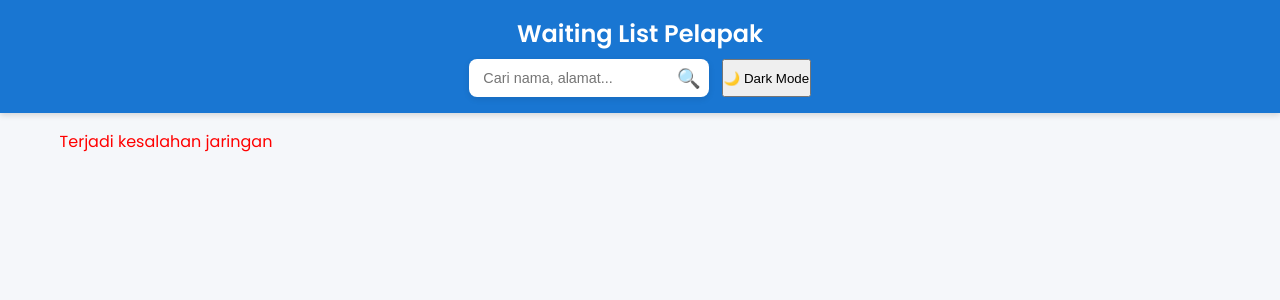
Repository: pasarrakyatbak/WaitingListforPanitia
Page: index.html
An editor plug-in stored every save of this project. The page is shown before and after the next save, followed by the edit.
The browser window is 1280 px wide. The pictures show the whole page.
The page's requests for data from a server got no answer.

Above is the page before, as saved 2025-09-25 15:47:40.

### index.html
<!DOCTYPE html>
<html lang="id">

<head>
    <meta charset="UTF-8">
    <meta name="viewport" content="width=device-width, initial-scale=1.0">
    <title>Waiting List Pelapak</title>
    <link href="https://fonts.googleapis.com/css2?family=Poppins:wght@400;500;600&display=swap" rel="stylesheet">
    <link rel="stylesheet" href="style.css">
</head>

<body>
    <!-- App Bar -->
    <div class="app-bar">
        <h1>Waiting List Pelapak</h1>
        <div class="header-actions">
            <div class="search-container">
                <input type="text" id="searchInput" placeholder="Cari nama, alamat...">
                <button id="searchBtn">🔍</button>
            </div>
            <button id="darkSwitch">🌙 Dark Mode</button>
        </div>
    </div>

    <!-- Loader -->
    <div class="loader hidden" id="loader">
        <div class="spinner"></div>
        <div>Memuat data...</div>
    </div>

    <!-- List Container -->
    <div class="grid" id="listContainer"></div>

    <!-- Pagination -->
    <div class="pagination" id="pagination"></div>

    <!-- Modal -->
    <div class="modal hidden" id="modal">
        <div class="modal-content">
            <div id="modalMessage"></div>
            <div class="modal-actions">
                <button class="btn secondary" id="cancelBtn">Batal</button>
                <button class="btn primary" id="confirmBtn">
                    <span class="btn-text">Ya</span>
                    <span class="btn-spinner hidden"></span>
                </button>
            </div>
        </div>
    </div>

    <!-- Toast -->
    <div class="toast hidden" id="toast">
        <span id="toastMessage"></span>
        <button id="toastClose">✖</button>
    </div>

    <script src="script.js"></script>
</body>

</html>

### style.css
/* Reset & global */
* {
    margin: 0;
    padding: 0;
    box-sizing: border-box;
}

body {
    font-family: "Poppins", sans-serif;
    background: #f5f7fa;
    color: #333;
    display: flex;
    flex-direction: column;
    min-height: 100vh;
    transition: background 0.4s, color 0.4s;
}

/* App Bar */
.app-bar {
    background: #1976d2;
    color: #fff;
    padding: 1rem;
    text-align: center;
    box-shadow: 0 2px 6px rgba(0, 0, 0, 0.15);
    position: sticky;
    top: 0;
    z-index: 10;
}

.app-bar h1 {
    font-size: 1.5rem;
    font-weight: 600;
    margin-bottom: 0.5rem;
}

.header-actions {
    display: flex;
    justify-content: center;
    gap: 0.8rem;
    flex-wrap: wrap;
}

/* Search */
.search-container {
    display: flex;
    align-items: center;
    background: #fff;
    border-radius: 8px;
    padding: 0.3rem 0.5rem;
    box-shadow: 0 2px 6px rgba(0, 0, 0, 0.1);
}

.search-container input {
    border: none;
    outline: none;
    padding: 0.4rem;
    width: 200px;
    font-size: 0.9rem;
}

.search-container button {
    background: transparent;
    border: none;
    cursor: pointer;
    color: #1976d2;
    font-size: 1.2rem;
}

/* Loader */
.loader {
    display: flex;
    flex-direction: column;
    align-items: center;
    margin: 2rem 0;
    gap: 0.8rem;
}

.loader.hidden {
    display: none;
}

.spinner {
    border: 4px solid #eee;
    border-top: 4px solid #1976d2;
    border-radius: 50%;
    width: 36px;
    height: 36px;
    animation: spin 1s linear infinite;
}

@keyframes spin {
    100% {
        transform: rotate(360deg);
    }
}

/* Grid layout */
.grid {
    display: grid;
    gap: 1rem;
    margin: 1rem;
}

@media(min-width: 600px) {
    .grid {
        grid-template-columns: repeat(2, 1fr);
    }
}

@media(min-width: 900px) {
    .grid {
        grid-template-columns: repeat(3, 1fr);
    }
}

@media(min-width: 1200px) {
    .grid {
        grid-template-columns: repeat(4, 1fr);
    }
}

/* Card */
.card {
    background: #fff;
    border-radius: 14px;
    padding: 1rem;
    box-shadow: 0 4px 12px rgba(0, 0, 0, 0.08);
    transition: transform 0.25s, box-shadow 0.25s;
}

.card:hover {
    transform: translateY(-4px);
    box-shadow: 0 8px 20px rgba(0, 0, 0, 0.15);
}

.card.done {
    border-left: 6px solid #2e7d32;
    background: #f1f8f4;
}

.card .title {
    font-size: 1.1rem;
    font-weight: 600;
    margin-bottom: 0.4rem;
}

.card .subtitle {
    font-size: 0.9rem;
    color: #555;
    margin-bottom: 0.3rem;
}

.card .actions {
    margin-top: 0.8rem;
    display: flex;
    gap: 0.5rem;
}

/* Buttons */
.btn {
    padding: 0.5rem 1rem;
    border-radius: 8px;
    cursor: pointer;
    font-size: 0.85rem;
    font-weight: 500;
    border: none;
    display: flex;
    align-items: center;
    gap: 0.3rem;
    transition: 0.3s;
}

.btn.primary {
    background: #2e7d32;
    color: #fff;
}

.btn.primary:hover {
    background: #1b5e20;
}

.btn.secondary {
    background: #757575;
    color: #fff;
}

.btn.secondary:hover {
    background: #616161;
}

.btn.danger {
    background: #d32f2f;
    color: #fff;
}

.btn.danger:hover {
    background: #b71c1c;
}

/* Modal */
.modal {
    position: fixed;
    inset: 0;
    background: rgba(0, 0, 0, 0.45);
    display: flex;
    align-items: center;
    justify-content: center;
    z-index: 1000;
}

.modal.hidden {
    display: none;
}

.modal-content {
    background: #fff;
    padding: 1.5rem;
    border-radius: 12px;
    width: 90%;
    max-width: 360px;
    text-align: center;
    animation: fadeInUp 0.3s ease;
}

.modal-actions {
    margin-top: 1rem;
    display: flex;
    justify-content: space-around;
}

/* Toast */
.toast {
    position: fixed;
    top: 50%;
    left: 50%;
    transform: translate(-50%, -50%) scale(0.9);
    background: #323232;
    color: #fff;
    padding: 1rem 1.2rem;
    border-radius: 12px;
    font-size: 0.95rem;
    box-shadow: 0 6px 20px rgba(0, 0, 0, 0.2);
    opacity: 0;
    display: flex;
    align-items: center;
    gap: 1rem;
    transition: opacity 0.4s, transform 0.4s;
    z-index: 2000;
}

.toast.show {
    opacity: 1;
    transform: translate(-50%, -50%) scale(1);
}

.toast.success {
    background: #2e7d32;
}

.toast.error {
    background: #d32f2f;
}

.toast button {
    background: transparent;
    border: none;
    color: #fff;
    font-size: 1.2rem;
    cursor: pointer;
}

/* Pagination */
.pagination {
    display: flex;
    justify-content: center;
    gap: 0.5rem;
    margin: 1rem 0;
}

.pagination button {
    padding: 0.4rem 0.8rem;
    border-radius: 6px;
    border: 1px solid #1976d2;
    background: #fff;
    color: #1976d2;
    cursor: pointer;
}

.pagination button.active {
    background: #1976d2;
    color: #fff;
}

/* Animasi */
@keyframes fadeInUp {
    from {
        transform: translateY(20px);
        opacity: 0;
    }

    to {
        transform: translateY(0);
        opacity: 1;
    }
}

/* Dark Mode */
body.dark {
    background: #121212;
    color: #e5e5e5;
}

body.dark .app-bar {
    background: #1f1f1f;
}

body.dark .card {
    background: #1e1e1e;
    color: #e5e5e5;
    box-shadow: 0 4px 12px rgba(0, 0, 0, 0.6);
}

body.dark .modal-content {
    background: #2c2c2c;
}

body.dark .pagination button {
    border-color: #4caf50;
    color: #4caf50;
    background: #121212;
}

body.dark .pagination button.active {
    background: #4caf50;
    color: #fff;
}

### script.js
const URL_API = "https://script.google.com/macros/s/AKfycby4z2qZ24SrJkcyGpybH29lSUC_3_z1LG-7wSmTzpaOEXrwjXf0Cl3hqkg95qAxPj1-/exec";

const listContainer = document.getElementById("listContainer");
const modal = document.getElementById("modal");
const modalMessage = document.getElementById("modalMessage");
const confirmBtn = document.getElementById("confirmBtn");
const cancelBtn = document.getElementById("cancelBtn");
const loader = document.getElementById("loader");
const btnText = confirmBtn.querySelector(".btn-text");
const btnSpinner = confirmBtn.querySelector(".btn-spinner");
const searchInput = document.getElementById("searchInput");
const searchBtn = document.getElementById("searchBtn");
const paginationDiv = document.getElementById("pagination");
const darkSwitch = document.getElementById("darkSwitch");

let selectedItem = null;
let selectedAction = null;
let selectedCardButton = null;
let currentPage = 1;
let totalPages = 1;
let currentKeyword = "";

// Loader global
function showLoader() { loader.classList.remove("hidden"); }
function hideLoader() { loader.classList.add("hidden"); }

// Spinner modal Ya
function setButtonLoading(state) {
    if (state) { btnText.textContent = "Memproses..."; btnSpinner.classList.remove("hidden"); confirmBtn.disabled = true; }
    else { btnText.textContent = "Ya"; btnSpinner.classList.add("hidden"); confirmBtn.disabled = false; }
}

// Load data
async function loadData(page = 1, limit = 10, keyword = "") {
    showLoader();
    let url = keyword && keyword.trim() !== ""
        ? `${URL_API}?action=searchWaitingList&keyword=${encodeURIComponent(keyword)}&page=${page}&limit=${limit}`
        : `${URL_API}?action=waitingList&page=${page}&limit=${limit}`;
    try {
        const res = await fetch(url);
        const json = await res.json();
        listContainer.innerHTML = "";
        if (json.success) {
            json.data.forEach(item => renderCard(item));
            currentPage = page;
            totalPages = json.totalPages || 1;
            renderPagination();
        } else {
            listContainer.innerHTML = `<p style="text-align:center;">${json.message || 'Gagal mengambil data'}</p>`;
            paginationDiv.innerHTML = "";
        }
    } catch (err) {
        console.error("Error loadData:", err);
        listContainer.innerHTML = `<p style="text-align:center; color:red;">Terjadi kesalahan jaringan</p>`;
        paginationDiv.innerHTML = "";
    } finally { hideLoader(); }
}

// Render card
function renderCard(item) {
    const card = document.createElement("div");
    card.classList.add("card");
    if (item.status === "done") card.classList.add("done");
    card.dataset.no = item.no;

    card.innerHTML = `
      <div class="title">${item.no}. ${item.nama}</div>
      <div class="subtitle"><strong>Alamat:</strong> ${item.alamat}</div>
      <div class="subtitle"><strong>Jualan:</strong> ${item.jualan}</div>
      <div class="subtitle"><strong>WA:</strong> ${item.nomor_wa}</div>
      <div class="actions">
        <button class="btn primary">
          Done <span class="btn-card-spinner hidden"></span>
        </button>
        <button class="btn danger">
          Hapus <span class="btn-card-spinner hidden"></span>
        </button>
      </div>
    `;

    const btnDone = card.querySelector(".btn.primary");
    const btnHapus = card.querySelector(".btn.danger");
    const spinnerDone = btnDone.querySelector(".btn-card-spinner");
    const spinnerHapus = btnHapus.querySelector(".btn-card-spinner");

    btnDone.addEventListener("click", () => {
        selectedItem = item;
        selectedAction = "done";
        selectedCardButton = btnDone;
        modalMessage.textContent = `Tandai "${item.nama}" sebagai Done?`;
        modal.classList.remove("hidden");
    });

    btnHapus.addEventListener("click", () => {
        selectedItem = item;
        selectedAction = "delete";
        selectedCardButton = btnHapus;
        modalMessage.textContent = `Hapus "${item.nama}" dari waiting list?`;
        modal.classList.remove("hidden");
    });

    listContainer.appendChild(card);
}

// Modal cancel
cancelBtn.addEventListener("click", () => {
    modal.classList.add("hidden");
    selectedItem = null;
    selectedAction = null;
    selectedCardButton = null;
});

// Modal confirm
confirmBtn.addEventListener("click", async () => {
    if (!selectedItem || !selectedAction) {
        modal.classList.add("hidden");
        return;
    }

    const actionApi = selectedAction === "done" ? "approveWaitingList" : "deleteWaitingList";

    // Spinner modal Ya
    setButtonLoading(true);

    // Spinner tombol card (Done atau Hapus)
    const spinnerCard = selectedCardButton.querySelector(".btn-card-spinner");
    selectedCardButton.disabled = true;
    spinnerCard.classList.remove("hidden");

    try {
        const res = await fetch(URL_API, {
            method: "POST",
            body: new URLSearchParams({
                action: actionApi,
                no: selectedItem.no
            })
        });
        const json = await res.json();

        if (json.success) {
            if (selectedAction === "done") {
                markAsDone(selectedItem.no);
                showToast(`"${selectedItem.nama}" ditandai Done ✅`, "success");
            } else { // Hapus
                removeCard(selectedItem.no);
                showToast(`"${selectedItem.nama}" berhasil dihapus ❌`, "success");
            }
        } else {
            showToast(json.message || "Gagal update data", "error");
        }
    } catch (err) {
        console.error("Error confirm:", err);
        showToast("Kesalahan jaringan", "error");
    } finally {
        setButtonLoading(false);
        spinnerCard.classList.add("hidden"); // Hentikan spinner
        selectedCardButton.disabled = false;  // Aktifkan kembali tombol card
        modal.classList.add("hidden");
        selectedItem = null;
        selectedAction = null;
        selectedCardButton = null;
    }
});

function markAsDone(no) {
    const card = listContainer.querySelector(`.card[data-no="${no}"]`);
    if (card) card.classList.add("done");
}

function removeCard(no) {
    const card = listContainer.querySelector(`.card[data-no="${no}"]`);
    if (card) card.remove();
}

// Toast
function showToast(message, type = "success") {
    const toast = document.getElementById("toast");
    const toastMessage = document.getElementById("toastMessage");
    const toastClose = document.getElementById("toastClose");
    toastMessage.textContent = message;
    toast.className = `toast ${type} show`;
    const timer = setTimeout(() => { toast.className = "toast hidden"; }, 3000);
    toastClose.onclick = () => { clearTimeout(timer); toast.className = "toast hidden"; };
}

// Pagination
function renderPagination() {
    paginationDiv.innerHTML = "";
    for (let i = 1; i <= totalPages; i++) {
        const btn = document.createElement("button");
        btn.textContent = i;
        if (i === currentPage) btn.classList.add("active");
        btn.addEventListener("click", () => { loadData(i, 10, currentKeyword); });
        paginationDiv.appendChild(btn);
    }
}

// Search
searchBtn.addEventListener("click", () => {
    currentKeyword = searchInput.value.trim();
    loadData(1, 10, currentKeyword);
});

searchInput.addEventListener("keypress", (e) => {
    if (e.key === "Enter") { searchBtn.click(); }
});
// Cek preferensi di localStorage
if (localStorage.getItem("darkMode") === "true") {
    document.body.classList.add("dark");
    darkSwitch.textContent = "☀️ Light Mode";
}

// Toggle dark mode
darkSwitch.addEventListener("click", () => {
    document.body.classList.toggle("dark");
    const isDark = document.body.classList.contains("dark");
    localStorage.setItem("darkMode", isDark);
    darkSwitch.textContent = isDark ? "☀️ Light Mode" : "🌙 Dark Mode";
});
// Load awal
window.addEventListener("DOMContentLoaded", () => { loadData(); });

After the next save:
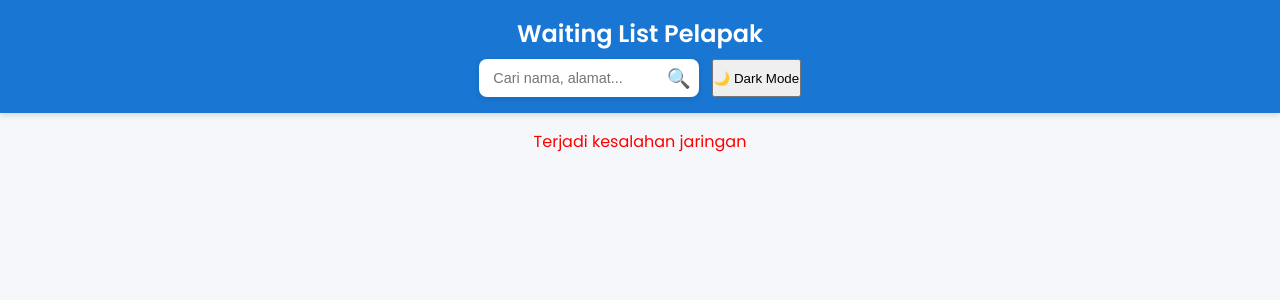
Saved 34 s later.
--- a/style.css
+++ b/style.css
@@ -54,7 +54,7 @@ body {
     border: none;
     outline: none;
     padding: 0.4rem;
-    width: 200px;
+    width: 180px;
     font-size: 0.9rem;
 }
 
@@ -94,60 +94,51 @@ body {
     }
 }
 
-/* Grid layout */
+/* Grid */
 .grid {
-    display: grid;
+    display: flex;
+    flex-wrap: wrap;
     gap: 1rem;
+    justify-content: center;
     margin: 1rem;
-}
-
-@media(min-width: 600px) {
-    .grid {
-        grid-template-columns: repeat(2, 1fr);
-    }
-}
-
-@media(min-width: 900px) {
-    .grid {
-        grid-template-columns: repeat(3, 1fr);
-    }
-}
-
-@media(min-width: 1200px) {
-    .grid {
-        grid-template-columns: repeat(4, 1fr);
-    }
 }
 
 /* Card */
 .card {
+    position: relative;
     background: #fff;
-    border-radius: 14px;
+    border-radius: 16px;
     padding: 1rem;
-    box-shadow: 0 4px 12px rgba(0, 0, 0, 0.08);
-    transition: transform 0.25s, box-shadow 0.25s;
+    width: 250px;
+    box-shadow: 0 4px 20px rgba(0, 0, 0, 0.08);
+    transition: transform 0.3s, box-shadow 0.3s;
+    display: flex;
+    flex-direction: column;
 }
 
 .card:hover {
-    transform: translateY(-4px);
-    box-shadow: 0 8px 20px rgba(0, 0, 0, 0.15);
-}
-
-.card.done {
-    border-left: 6px solid #2e7d32;
-    background: #f1f8f4;
+    transform: translateY(-5px);
+    box-shadow: 0 10px 25px rgba(0, 0, 0, 0.12);
+}
+
+.card.done::after {
+    content: "✅";
+    position: absolute;
+    top: 12px;
+    right: 12px;
+    font-size: 1.2rem;
 }
 
 .card .title {
+    font-weight: 600;
     font-size: 1.1rem;
-    font-weight: 600;
-    margin-bottom: 0.4rem;
+    margin-bottom: 0.5rem;
 }
 
 .card .subtitle {
     font-size: 0.9rem;
     color: #555;
-    margin-bottom: 0.3rem;
+    margin-bottom: 0.25rem;
 }
 
 .card .actions {
@@ -159,24 +150,36 @@ body {
 /* Buttons */
 .btn {
     padding: 0.5rem 1rem;
-    border-radius: 8px;
+    border-radius: 12px;
+    font-weight: 500;
+    font-size: 0.85rem;
+    display: flex;
+    align-items: center;
+    justify-content: center;
+    gap: 0.5rem;
+    border: none;
     cursor: pointer;
-    font-size: 0.85rem;
-    font-weight: 500;
-    border: none;
-    display: flex;
-    align-items: center;
-    gap: 0.3rem;
-    transition: 0.3s;
+    transition: all 0.3s ease;
 }
 
 .btn.primary {
-    background: #2e7d32;
+    background: linear-gradient(45deg, #4caf50, #2e7d32);
     color: #fff;
 }
 
 .btn.primary:hover {
-    background: #1b5e20;
+    transform: translateY(-2px);
+    box-shadow: 0 6px 15px rgba(46, 125, 50, 0.35);
+}
+
+.btn.danger {
+    background: linear-gradient(45deg, #f44336, #d32f2f);
+    color: #fff;
+}
+
+.btn.danger:hover {
+    transform: translateY(-2px);
+    box-shadow: 0 6px 15px rgba(211, 47, 47, 0.35);
 }
 
 .btn.secondary {
@@ -184,17 +187,17 @@ body {
     color: #fff;
 }
 
-.btn.secondary:hover {
+.btn-secondary:hover {
     background: #616161;
 }
 
-.btn.danger {
-    background: #d32f2f;
-    color: #fff;
-}
-
-.btn.danger:hover {
-    background: #b71c1c;
+.btn .btn-card-spinner {
+    border: 2px solid #fff;
+    border-top: 2px solid transparent;
+    border-radius: 50%;
+    width: 16px;
+    height: 16px;
+    animation: spin 0.8s linear infinite;
 }
 
 /* Modal */
@@ -213,12 +216,14 @@ body {
 }
 
 .modal-content {
-    background: #fff;
-    padding: 1.5rem;
-    border-radius: 12px;
+    background: rgba(255, 255, 255, 0.95);
+    backdrop-filter: blur(6px);
+    padding: 2rem;
+    border-radius: 20px;
+    max-width: 360px;
     width: 90%;
-    max-width: 360px;
     text-align: center;
+    box-shadow: 0 8px 25px rgba(0, 0, 0, 0.2);
     animation: fadeInUp 0.3s ease;
 }
 
@@ -233,18 +238,18 @@ body {
     position: fixed;
     top: 50%;
     left: 50%;
-    transform: translate(-50%, -50%) scale(0.9);
+    transform: translate(-50%, -50%) scale(0.85);
     background: #323232;
     color: #fff;
-    padding: 1rem 1.2rem;
-    border-radius: 12px;
+    padding: 1rem 1.5rem;
+    border-radius: 14px;
     font-size: 0.95rem;
-    box-shadow: 0 6px 20px rgba(0, 0, 0, 0.2);
     opacity: 0;
     display: flex;
     align-items: center;
-    gap: 1rem;
-    transition: opacity 0.4s, transform 0.4s;
+    justify-content: center;
+    gap: 0.7rem;
+    transition: opacity 0.3s, transform 0.3s;
     z-index: 2000;
 }
 
@@ -278,12 +283,13 @@ body {
 }
 
 .pagination button {
-    padding: 0.4rem 0.8rem;
-    border-radius: 6px;
+    padding: 0.4rem 1rem;
+    border-radius: 20px;
     border: 1px solid #1976d2;
     background: #fff;
     color: #1976d2;
     cursor: pointer;
+    transition: all 0.3s ease;
 }
 
 .pagination button.active {
@@ -316,12 +322,13 @@ body.dark .app-bar {
 
 body.dark .card {
     background: #1e1e1e;
+    box-shadow: 0 4px 20px rgba(0, 0, 0, 0.5);
     color: #e5e5e5;
-    box-shadow: 0 4px 12px rgba(0, 0, 0, 0.6);
 }
 
 body.dark .modal-content {
-    background: #2c2c2c;
+    background: rgba(40, 40, 40, 0.95);
+    backdrop-filter: blur(6px);
 }
 
 body.dark .pagination button {
